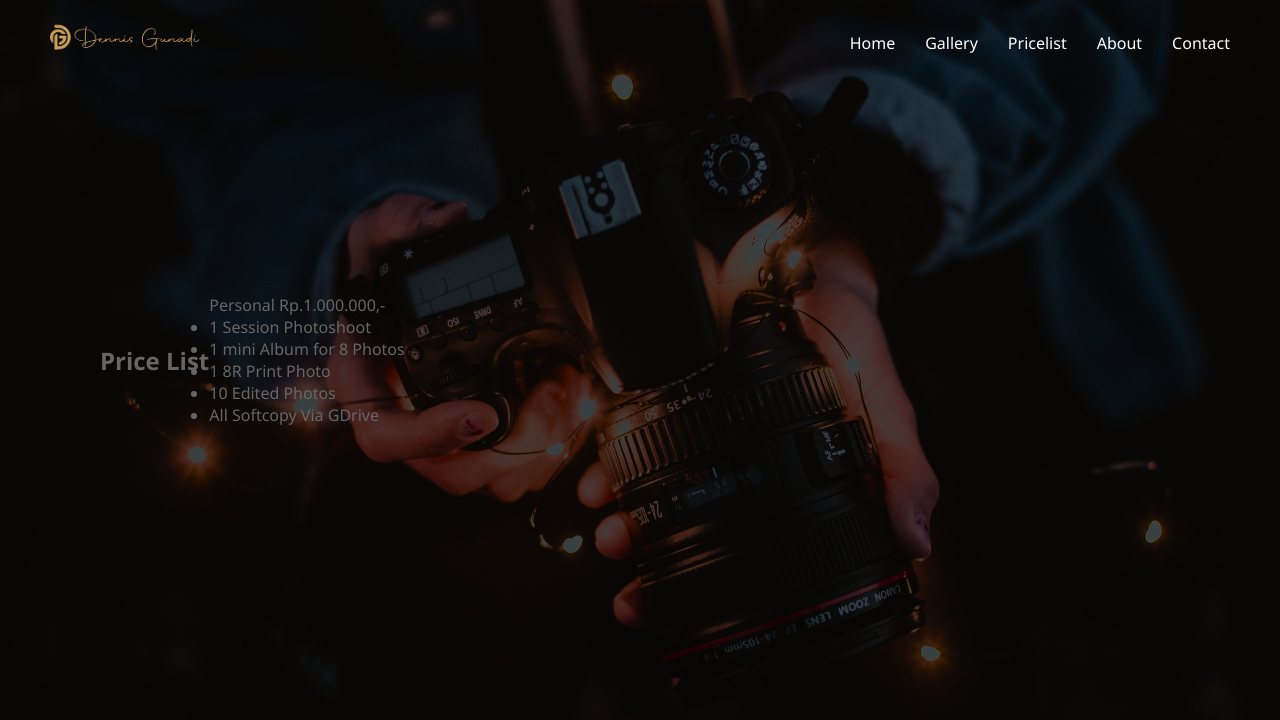
Repository: Diegoms0595/Diego-Final-project2
Page: pricelist.html
An editor plug-in stored every save of this project. The page is shown before and after the next save, followed by the edit.
The browser window is 1280 px wide. The pictures show the whole page.

Above is the page before, as saved 2025-05-28 14:35:31.

### pricelist.html
<!DOCTYPE html>
<html lang="en">
<head>
  <meta charset="UTF-8" />
  <meta name="viewport" content="width=device-width, initial-scale=1.0" />
  <title>DMSFP2</title>
  <link rel="stylesheet" href="main.css" />
</head>
<body>
  <header>
    <div class="logo">
      <a href="#">
        <img src="./Assets/Logo.png" alt="logohead">
      </a>
    </div>
    <nav>
      <ul class="nav-links">
        <li><a href="#">Home</a></li>
        <li><a href="#">Gallery</a></li>
        <li><a href="#">Pricelist</a></li>
        <li><a href="#">About</a></li>
        <li><a href="#">Contact</a></li>
      </ul>
    </nav>
  </header>
<section class="hero">
    <h1>Price List</h1>
    <div class="container1">
        <p>Personal
            Rp.1.000.000,-
        </p>
        <ul>
            <li>1 Session Photoshoot</li>
            <li>1 mini Album for 8 Photos</li>
            <li>1 8R Print Photo</li>
            <li>10 Edited Photos</li>
            <li>All Softcopy Via GDrive</li>
        </ul>
    </div>
</section>
</body>
</html>

### main.css
/* ======== GLOBAL STYLES ======== */
* {
  margin: 0;
  padding: 0;
  box-sizing: border-box;
}

body {
  font-family: 'Segoe UI', Tahoma, Geneva, Verdana, sans-serif;
  color: white;
  background-color: black;
}

/* ======== HEADER ======== */
header {
  display: flex;
  justify-content: space-between;
  align-items: center;
  padding: 20px 50px;
  position: absolute;
  top: 0;
  width: 100%;
  z-index: 10;
}

.logo img {
  height: 40px;
}

/* ======== NAVIGATION ======== */
.nav-links {
  list-style: none;
  display: flex;
  gap: 30px;
}

.nav-links li a {
  color: #fff;
  text-decoration: none;
  font-size: 16px;
  transition: color 0.3s ease;
}

.nav-links li a:hover {
  color: #f5c47c;
}

/* ======== HERO SECTION ======== */
.hero {
  height: 100vh;
  background-image: url('./Assets/image\ 2.png');
  background-size: cover;
  background-position: center;
  display: flex;
  align-items: center;
  padding-left: 100px;
  position: relative;
}

.hero::before {
  content: '';
  position: absolute;
  top: 0;
  left: 0;
  width: 100%;
  height: 100%;
  background: rgba(0, 0, 0, 0.6); /* Oscurece el fondo */
  z-index: 1;
}

.hero-text {
  position: relative;
  z-index: 2;
  max-width: 600px;
  animation: fadeIn 2s ease-out forwards;
}

.hero-text h1 {
  font-size: 60px;
  color: #f5c47c;
  font-weight: bold;
  margin-bottom: 20px;
  line-height: 1.2;
  transition: transform 0.3s ease;
}

.hero-text h1:hover {
  transform: scale(1.05);
}

.hero-text p {
  font-size: 16px;
  line-height: 1.8;
  margin-bottom: 30px;
  color: #fff;
  animation: slideUp 2.5s ease forwards;
}

/* ======== BOOK NOW BUTTON ======== */
.book-now {
  display: inline-block;
  background-color: #f5c47c;
  color: black;
  padding: 12px 25px;
  border-radius: 8px;
  text-decoration: none;
  font-weight: bold;
  transition: background-color 0.3s ease, transform 0.3s ease;
}

.book-now:hover {
  background-color: #e2a14d;
  transform: scale(1.05);
}

/* ======== ANIMATIONS ======== */
@keyframes fadeIn {
  0% { opacity: 0; transform: translateY(-20px); }
  100% { opacity: 1; transform: translateY(0); }
}

@keyframes slideUp {
  0% { opacity: 0; transform: translateY(40px); }
  100% { opacity: 1; transform: translateY(0); }
}

Loaded but not shown: price.css (no stored copy; drawn as an empty file)

After the next save:
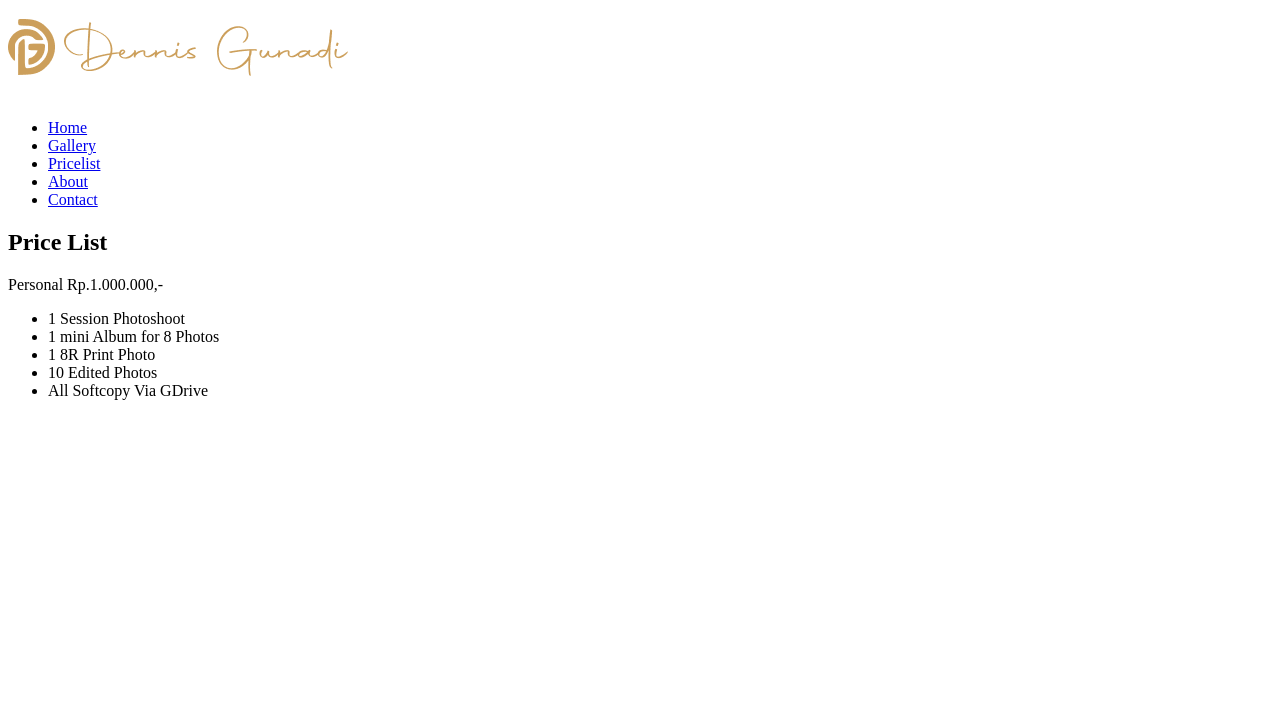
Saved 28 s later.
--- a/pricelist.html
+++ b/pricelist.html
@@ -4,7 +4,7 @@
   <meta charset="UTF-8" />
   <meta name="viewport" content="width=device-width, initial-scale=1.0" />
   <title>DMSFP2</title>
-  <link rel="stylesheet" href="main.css" />
+  <link rel="stylesheet" href="price.css" />
 </head>
 <body>
   <header>
